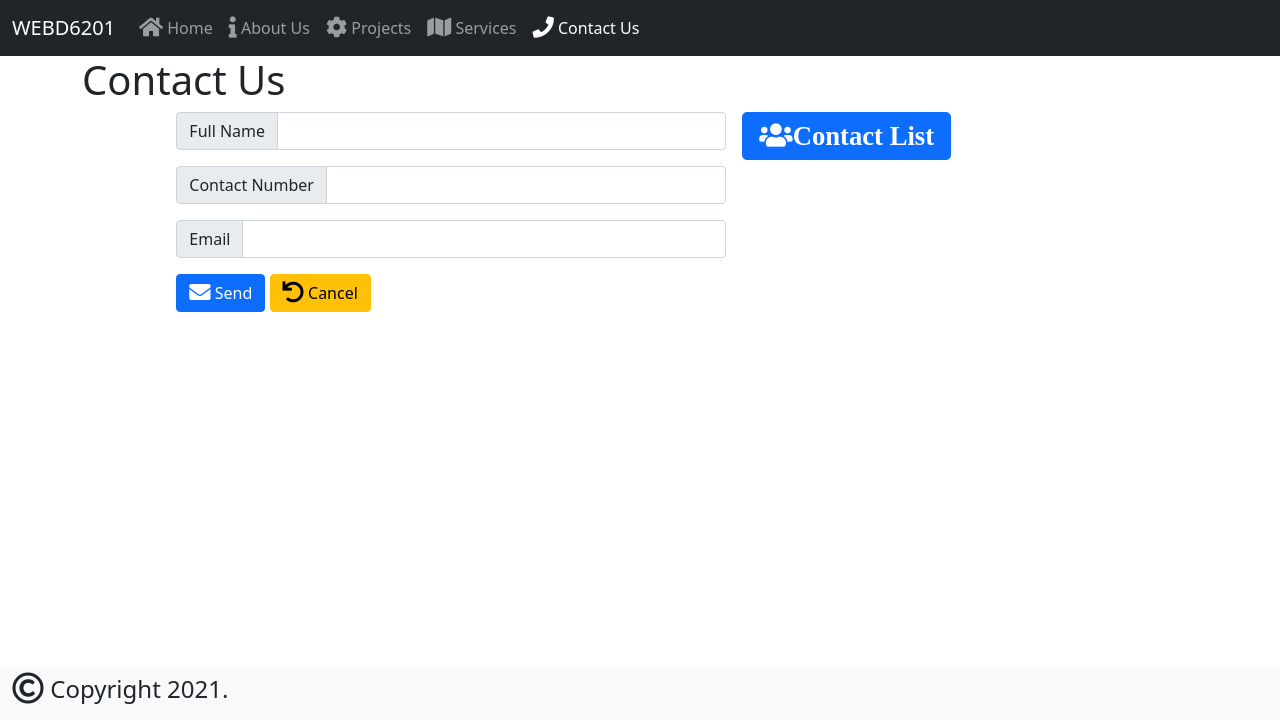
Repository: GarlicButterBoy/WEBD6201-ICE03
Page: contact.html
An editor plug-in stored every save of this project. The page is shown before and after the next save, followed by the edit.
The browser window is 1280 px wide. The pictures show the whole page.

Above is the page before, as saved 2021-02-04 09:03:27.

After the next save:
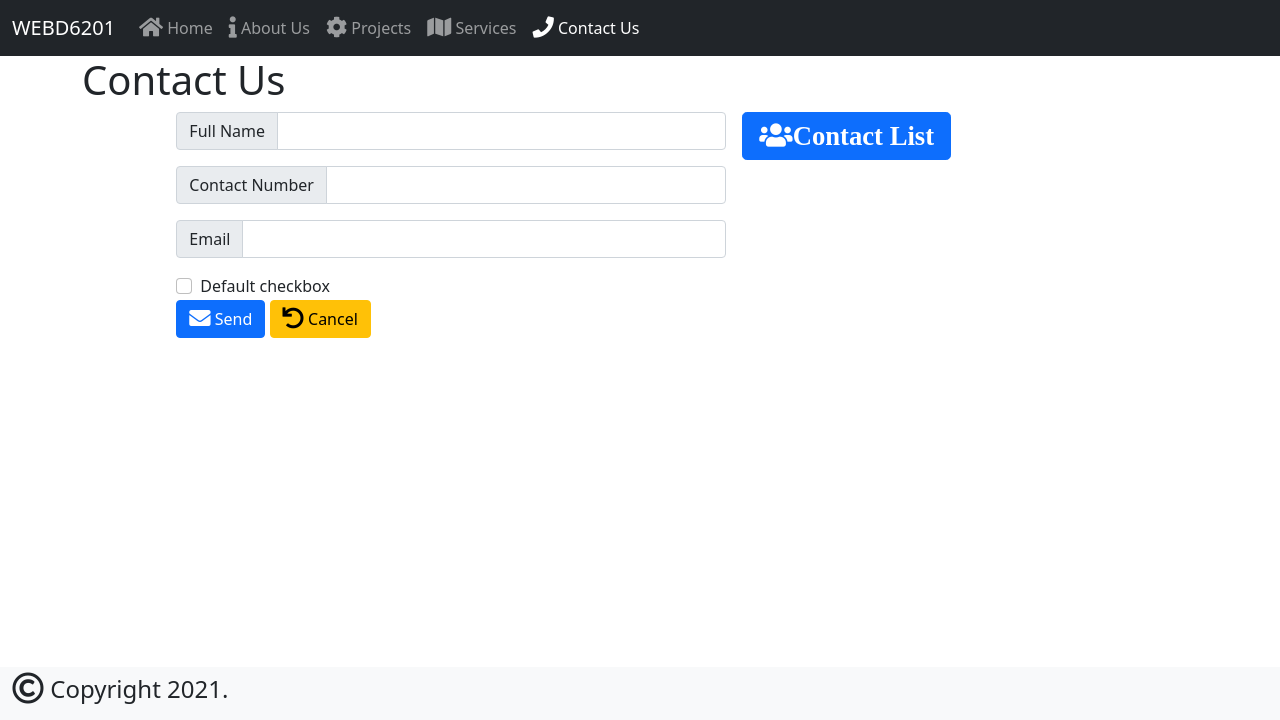
Saved 37 s later.
--- a/contact.html
+++ b/contact.html
@@ -72,7 +72,12 @@
               name="emailAddress" required>
             </div>
 
-
+            <div class="form-check">
+              <input class="form-check-input" type="checkbox" value="" id="flexCheckDefault">
+              <label class="form-check-label" for="flexCheckDefault">
+                Default checkbox
+              </label>
+            </div>
 
             <button id="sendButton" type="submit" class="btn btn-primary"><i class="fas fa-envelope fa-lg"></i> Send</button>
             <button id="cancelButton" type="reset" class="btn btn-warning"><i class="fas fa-undo fa-lg"></i> Cancel</button>
